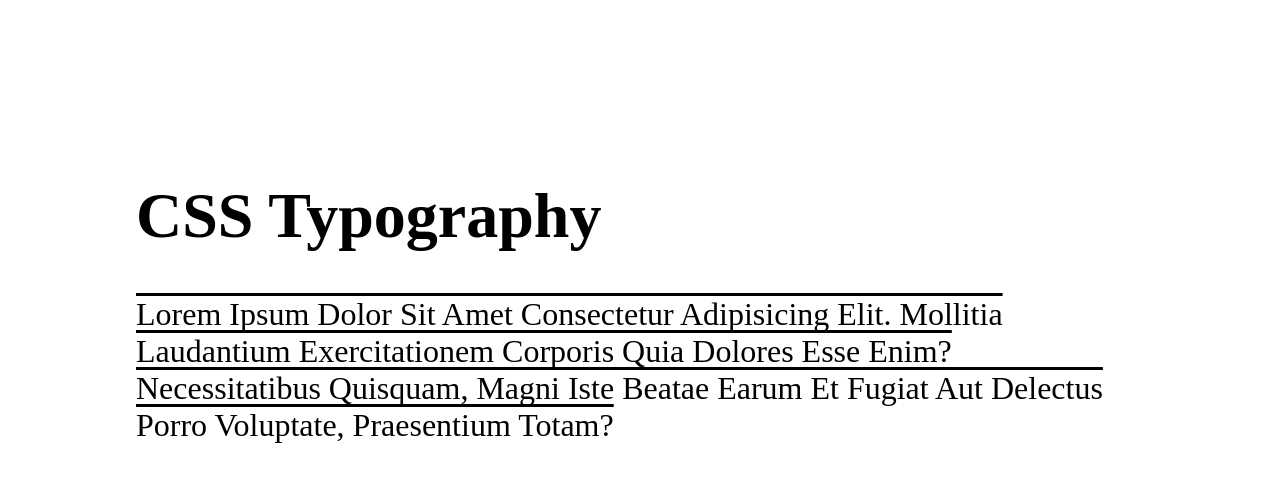
Repository: madhurik9999/Css
Page: index.html
The author's editor kept a copy of each file at every save. The page is drawn from the files as they stood at one save, then again after the next save.
The browser window is 1280 px wide. The pictures show the whole page.

Above is the page before, as saved 2023-12-10 13:24:07.

### index.html
<!DOCTYPE html>
<html lang="en">

<head>
    <meta charset="UTF-8">
    <meta http-equiv="X-UA-Compatible" content="IE=edge">
    <meta name="viewport" content="width=device-width, initial-scale=1.0">
    <title>Document</title>
    <link rel="stylesheet" href="styles/style.css">
</head>

<body>
    <header>
        <h1>CSS Typography</h1>
    </header>
    <main>
        <p>Lorem ipsum dolor sit amet consectetur adipisicing elit. Mollitia laudantium exercitationem corporis quia
            dolores esse enim? Necessitatibus quisquam, magni iste beatae earum et fugiat aut delectus porro voluptate,
            praesentium totam?</p>
        <!--
        <form>
            <label for="name">Name:</label>
            <input id="name" type="text" placeholder="Your Name" />
            <button>Submit</button>
        </form> -->
    </main>
</body>

</html>

### styles/style.css
/* Typography 1rem = 16px*/
body {
    padding: 10%;
    font-size: 2rem;
}

/* input,
button {
    font: inherit;
} */
p {
    text-decoration: none;
    text-decoration: overline;
    text-transform: capitalize;
    /* text-transform: uppercase;
    text-transform: lowercase;
} */

After the next save:
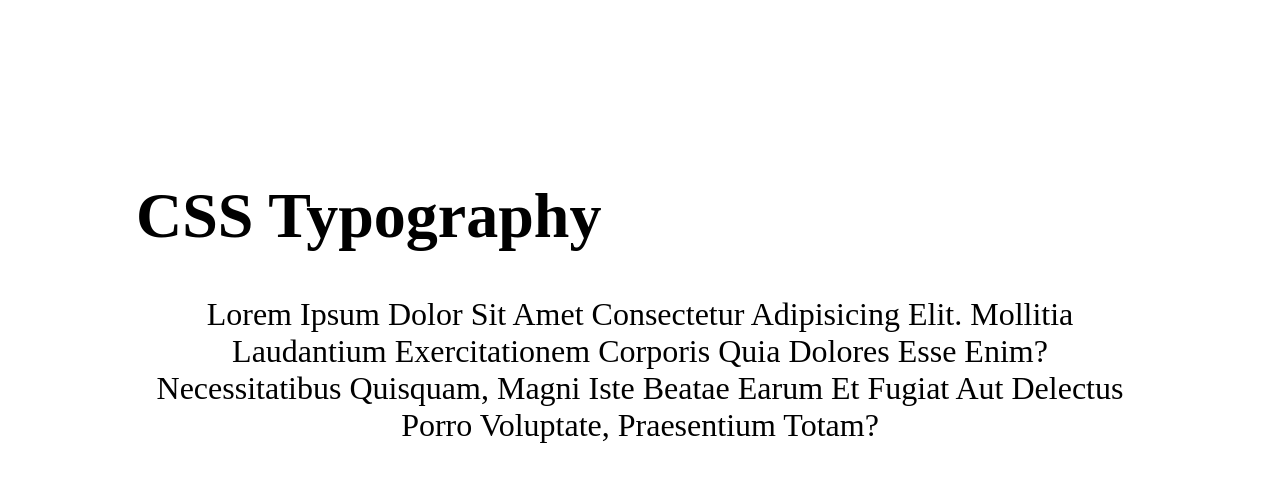
Saved 31 s later.
--- a/styles/style.css
+++ b/styles/style.css
@@ -10,8 +10,9 @@
 } */
 p {
     text-decoration: none;
-    text-decoration: overline;
+    /* text-decoration: overline; */
     text-transform: capitalize;
     /* text-transform: uppercase;
-    text-transform: lowercase;
-} */
+    text-transform: lowercase;*/
+    text-align: center;
+}
